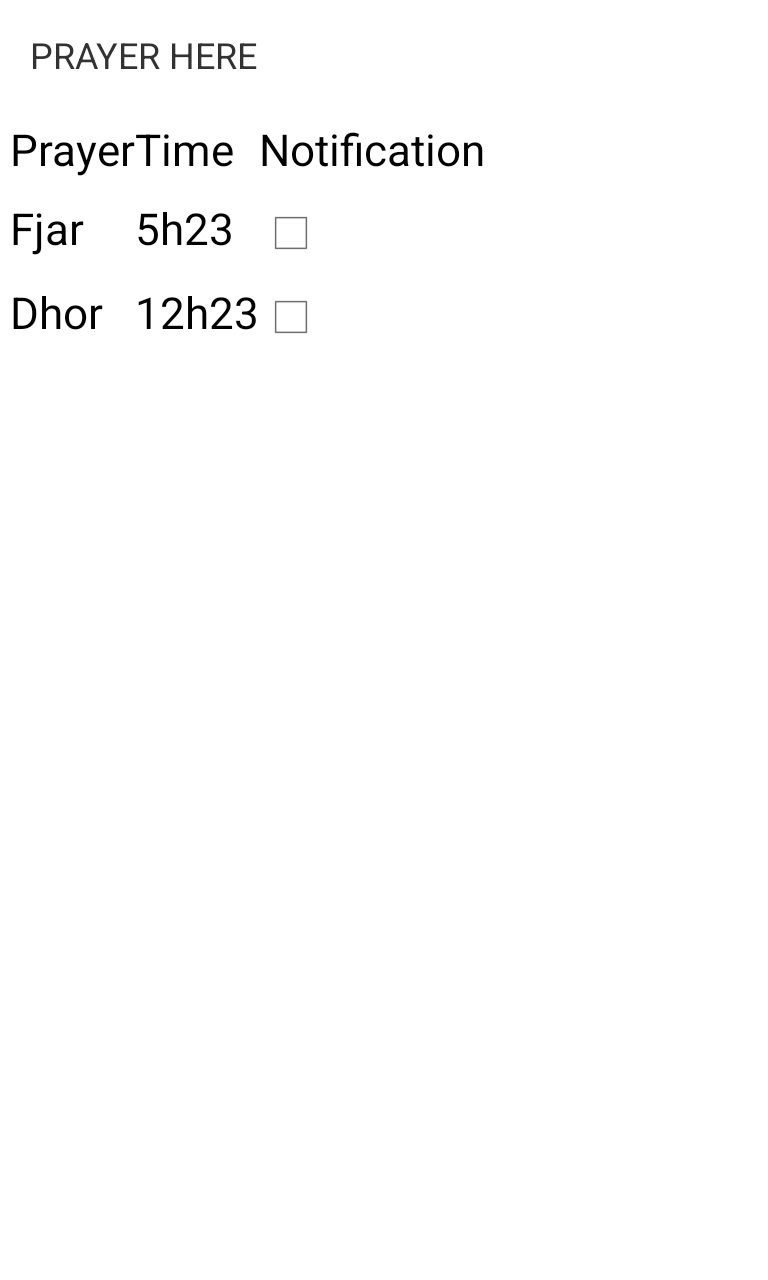
Repository: Osamah/Afstudeerwerk
Layout: NativeApp/SecondPillar/res/layout/activity_prayer.xml
An editor plug-in stored every save of this project. The layout is shown before and after the next save, followed by the edit.
It is drawn on a 768 x 1280 px phone screen (xhdpi) without system bars, with theme AppTheme; the app's code is not run.

Above is the layout before, as saved 2012-12-27 22:54:32.

After the next save:
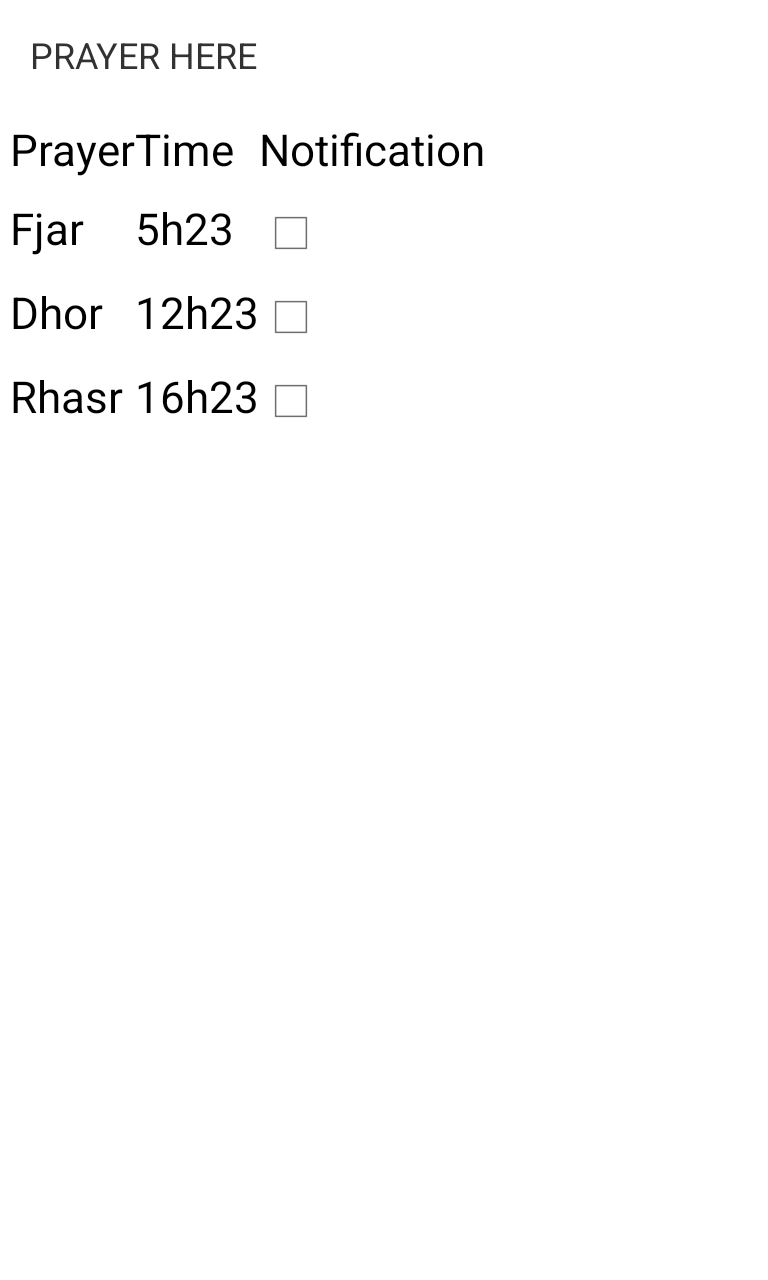
Saved 55 s later.
--- a/NativeApp/SecondPillar/res/layout/activity_prayer.xml
+++ b/NativeApp/SecondPillar/res/layout/activity_prayer.xml
@@ -86,6 +86,29 @@
             android:id="@+id/prayerNotification2"
         />
   	</TableRow>
+
+    <!-- PRAYER 3 -->
+    <TableRow
+        android:id="@+id/rhasrRow"
+        android:layout_width="wrap_content"
+        android:layout_height="wrap_content"
+        android:padding="5dip" >
+
+        <TextView
+            android:id="@+id/prayer3"
+            android:text="Rhasr"
+            android:textAppearance="?android:attr/textAppearanceLarge" />
+
+        <TextView
+            android:id="@+id/prayerTime3"
+            android:text="16h23"
+            android:textAppearance="?android:attr/textAppearanceLarge" />
+
+        <CheckBox
+            android:id="@+id/prayerNotification3"
+        />
+  	</TableRow>
+
     </TableLayout>
 
 
